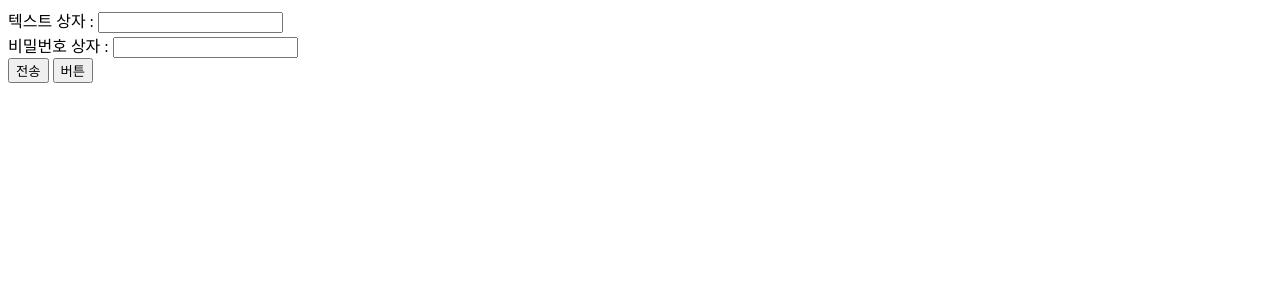
Repository: hololog/workspace_jsp1
Page: JspStudy/src/main/webapp/js1/Test12.html
These files come from the project's save history. The page is drawn as it stood at one moment and after the next save; the edit follows.
The browser window is 1280 px wide. The pictures show the whole page.

Above is the page before, as saved 2021-12-09 06:46:06.

After the next save:
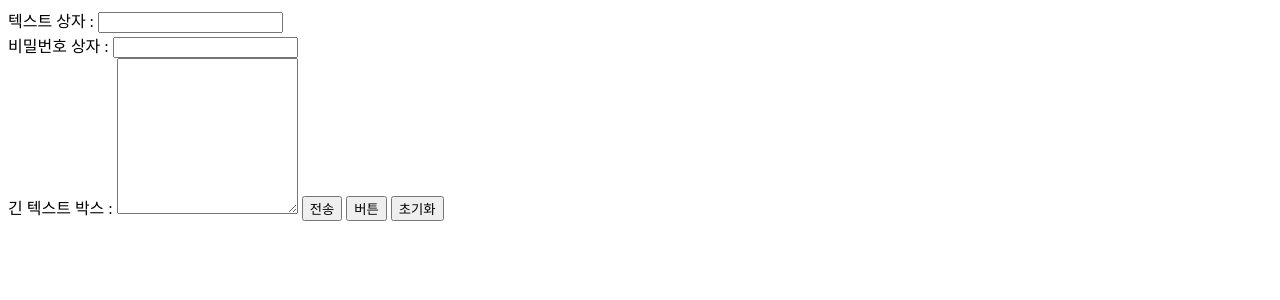
Saved 3 min 5 s later.
--- a/JspStudy/src/main/webapp/js1/Test12.html
+++ b/JspStudy/src/main/webapp/js1/Test12.html
@@ -12,8 +12,11 @@
 <!--  get은 주소줄에 정보가 보이게 -->
   텍스트 상자 : <input type="text" name="id"><br>
   비밀번호 상자 : <input type="password" name="pass"><br>
+  긴 텍스트 박스 : <textarea rows="10" cols="20"></textarea>
   <input type="submit" value="전송">
+<!--   form태그의 데이터를 전송하는 역학 -->
   <input type="button" value="버튼">
+  <input type="reset" value="초기화">
  </form>
 </body>
 </html>
